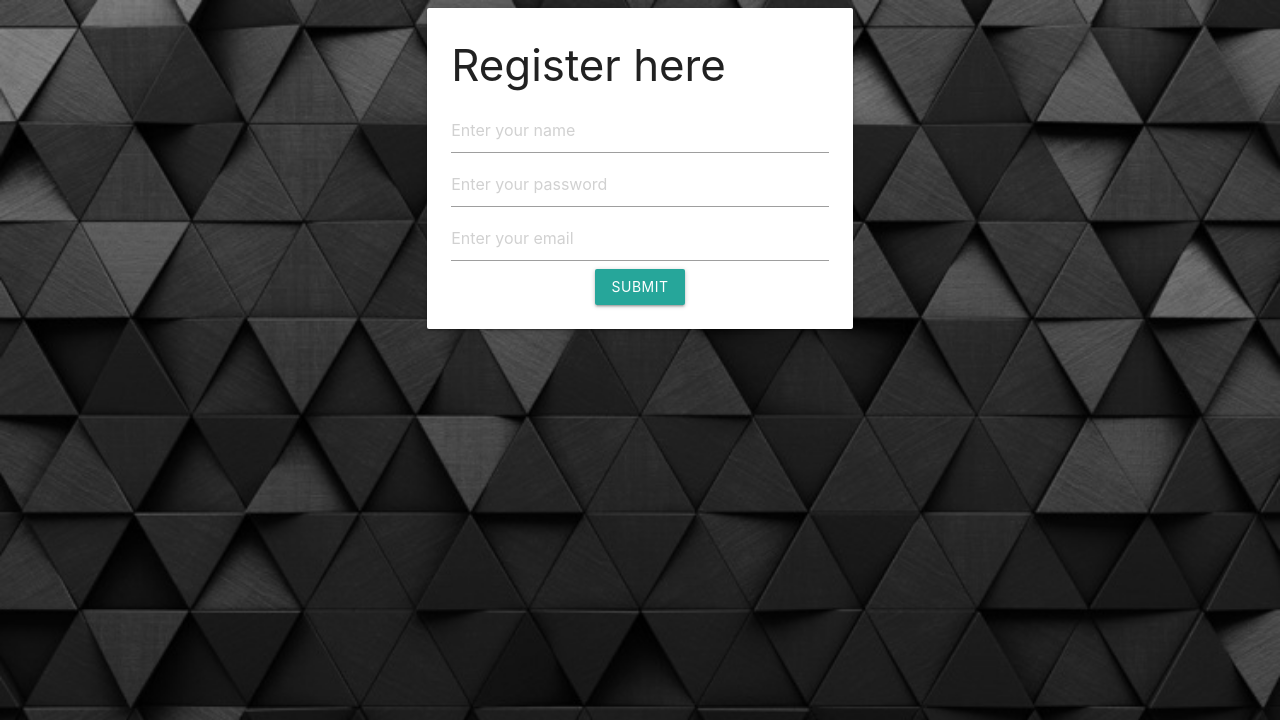
Repository: Attishgawali/JavaServletAndJSP
Page: http://localhost/Register/signup.jsp
An editor plug-in stored every save of this project. The page is shown before and after the next save, followed by the edit.
The browser window is 1280 px wide. The pictures show the whole page.
The page is served by Tomcat 9.

Above is the page before, as saved 2023-07-06 11:37:31.

After the next save:
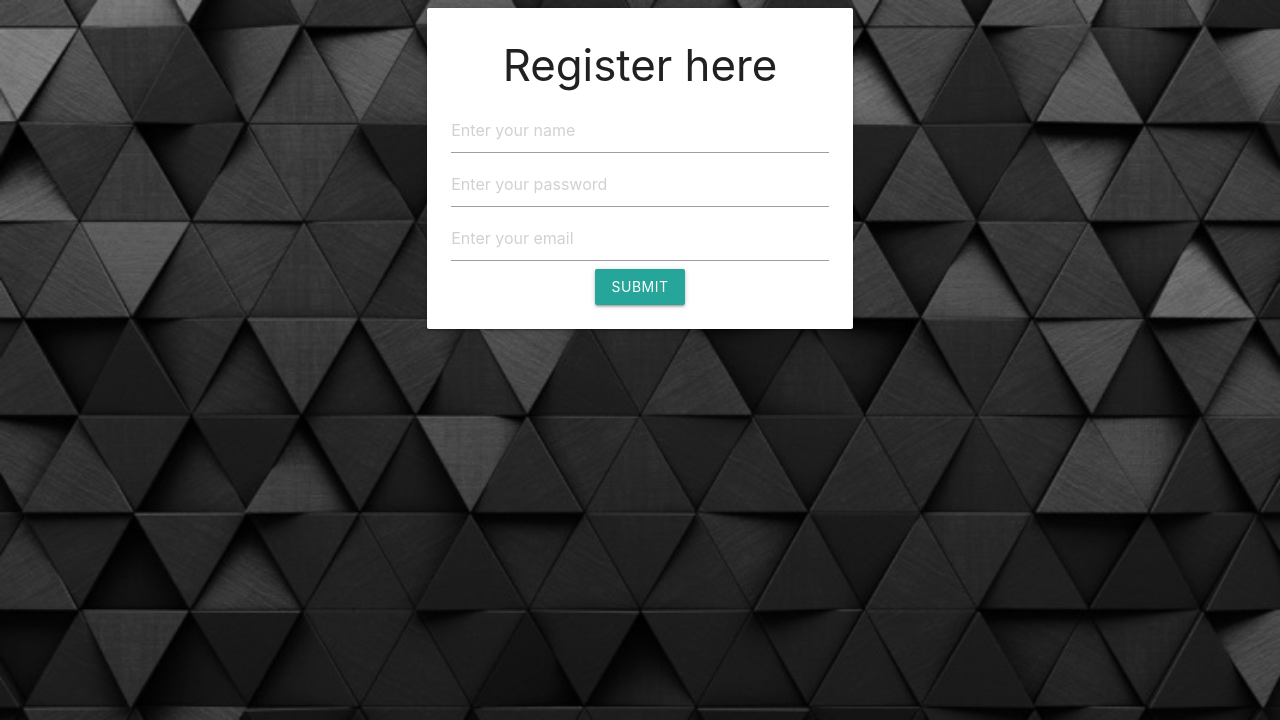
Saved 69 s later.
--- a/Register/src/main/webapp/signup.jsp
+++ b/Register/src/main/webapp/signup.jsp
@@ -19,7 +19,7 @@
 			<div class="col m6 offset-m3">
 				<div class="card">
 					<div class="card-content">
-						<h3 style="margin-top: 10px; align-center">Register here</h3>
+						<h3 style="margin-top: 10px;" class="center-align">Register here</h3>
 						<div class="form center-align">
 							<form action="register" method="post">
 								<input type="text" name="username" placeholder="Enter your name">
